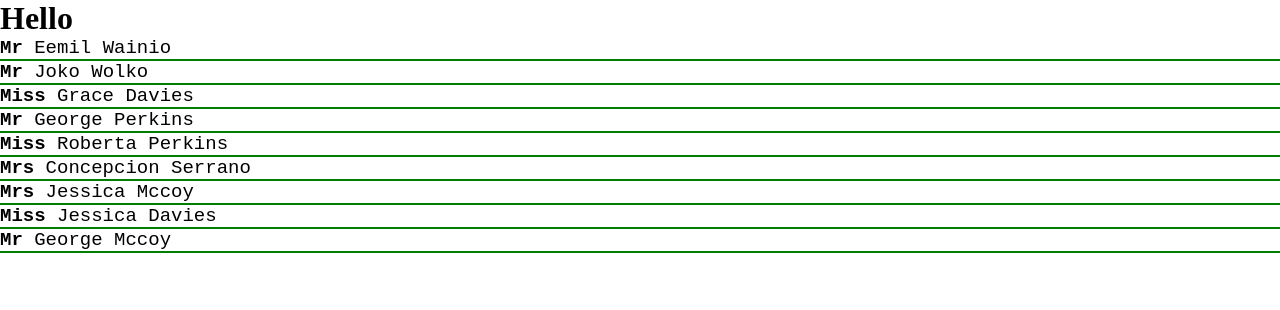
Repository: KrzysKolo/sr_tydzien5_zad4
Page: /
An editor plug-in stored every save of this project. The page is shown before and after the next save, followed by the edit.
The browser window is 1280 px wide. The pictures show the whole page.
The project was rebuilt for these pictures with package versions that can differ from the ones it lists, and the page was loaded fresh each time.

Above is the page before, as saved 2021-01-03 04:54:24.

### public/index.html
<!DOCTYPE html>
<html lang="en">
  <head>
    <meta charset="utf-8" />
    <link rel="icon" href="%PUBLIC_URL%/favicon.ico" />
    <meta name="viewport" content="width=device-width, initial-scale=1" />
    <meta name="theme-color" content="#000000" />
    <meta
      name="description"
      content="Web site created using create-react-app"
    />
    <link rel="apple-touch-icon" href="%PUBLIC_URL%/logo192.png" />
    <!--
      manifest.json provides metadata used when your web app is installed on a
      user's mobile device or desktop. See https://developers.google.com/web/fundamentals/web-app-manifest/
    -->
    <link rel="manifest" href="%PUBLIC_URL%/manifest.json" />
    <!--
      Notice the use of %PUBLIC_URL% in the tags above.
      It will be replaced with the URL of the `public` folder during the build.
      Only files inside the `public` folder can be referenced from the HTML.

      Unlike "/favicon.ico" or "favicon.ico", "%PUBLIC_URL%/favicon.ico" will
      work correctly both with client-side routing and a non-root public URL.
      Learn how to configure a non-root public URL by running `npm run build`.
    -->
    <title>User search</title>
  </head>
  <body>
    <noscript>You need to enable JavaScript to run this app.</noscript>
    <div id="root"></div>
    <!--
      This HTML file is a template.
      If you open it directly in the browser, you will see an empty page.

      You can add webfonts, meta tags, or analytics to this file.
      The build step will place the bundled scripts into the <body> tag.

      To begin the development, run `npm start` or `yarn start`.
      To create a production bundle, use `npm run build` or `yarn build`.
    -->
  </body>
</html>

### src/App.js
import React from 'react';
import UsersContainer from './components/UsersContainer';
import './App.css';


const App = () => {

  return (
    <>
      <h1>Hello</h1>
      <UsersContainer/>
    </>
  )
}

export default App;

### src/components/UsersContainer.js
import React, { useState, useEffect } from 'react';


const UsersContainer = () => {

  const UsersAPI = '/users.json';

  const [ users, setUsers ] = useState([]);

  useEffect(() => {

    fetch(UsersAPI)
      .then(res => res.json())
      .then(data => {
        console.log(data.users);
        setUsers(data.users);
      })
    }, []);

    const user = users.map(user => (
      <li className="user" key={user.id}><b>{user.title}</b> {user.first} {user.last}</li>
    ))
    return (
        <ul>
					{user}
        </ul>
    )
}

export default UsersContainer;

### src/App.css
* {
  box-sizing: border-box;
  padding: 0;
  margin: 0;
}
.user {
  font-size: 19px;
  font-family: 'Courier New', Courier, monospace;
  line-height: :24px;
  border-bottom: 2px solid green;
}

### public/users.json
{
    "users": [
      {
        "id": 1,
        "title": "Mr",
        "first": "Eemil",
        "last": "Wainio"
       },
      {
        "id": 2,
        "title": "Mr",
        "first": "Joko",
        "last": "Wolko"
      },
      {
        "id": 3,
        "title": "Miss",
        "first": "Grace",
        "last": "Davies"
      },
      {
        "id": 4,
        "title": "Mr ",
        "first": "George ",
        "last": "Perkins"
      },
      {
        "id": 5,
        "title": "Miss",
        "first": "Roberta ",
        "last": "Perkins"
      },
      {
        "id": 6,
        "title": "Mrs ",
        "first": "Concepcion ",
        "last": "Serrano"
      },
      {
        "id": 7,
        "title": "Mrs ",
        "first": "Jessica ",
        "last": "Mccoy"
      },
      {
        "id": 8,
        "title": "Miss",
        "first": "Jessica",
        "last": "Davies"
      },
      {
        "id": 9,
        "title": "Mr",
        "first": "George",
        "last": "Mccoy"
      }
    ]
  }

Loaded but not shown: src/index.js (common file)

After the next save:
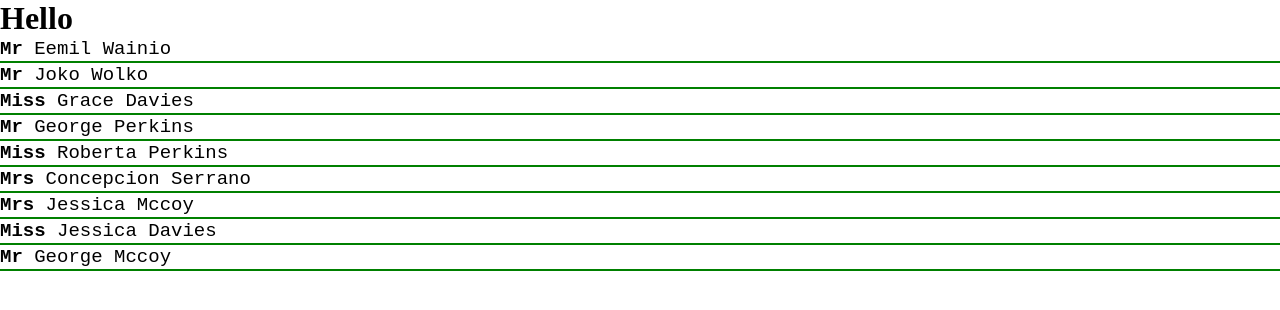
Saved 5 s later.
--- a/src/App.css
+++ b/src/App.css
@@ -5,7 +5,7 @@
 }
 .user {
   font-size: 19px;
-  font-family: 'Courier New', Courier, monospace;
-  line-height: :24px;
+  font-family: "Courier New", Courier, monospace;
+  line-height: 24px;
   border-bottom: 2px solid green;
 }
